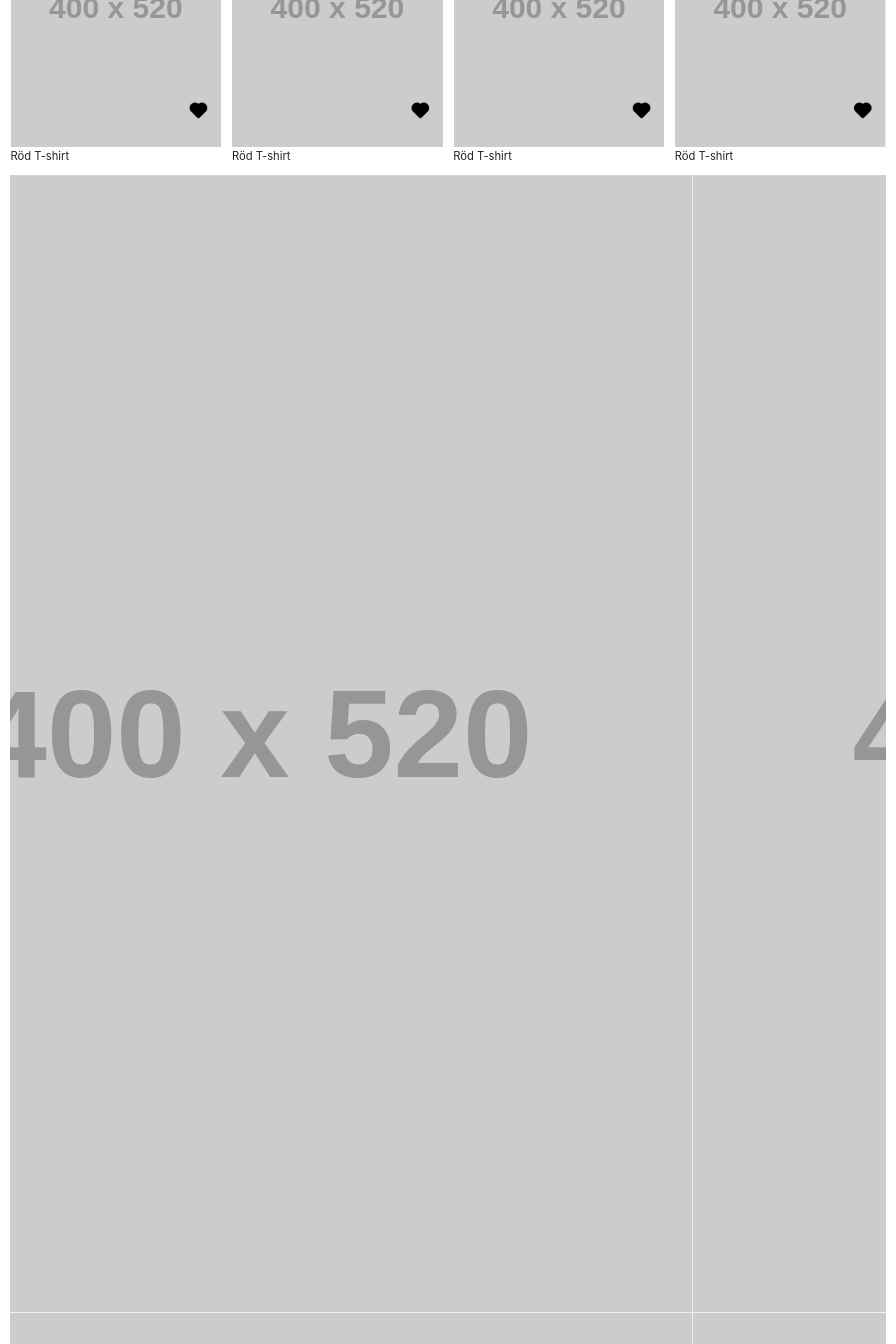
Repository: Kalle1995/project
Page: index.html
The author's editor kept a copy of each file at every save. The page is drawn from the files as they stood at one save, then again after the next save.
The browser window is 1280 px wide. The pictures show the part of the page from y = 1203 to 3123 px (the page is 6635 px tall before and 7177 px after), at 70% of full size.

Above is the page before, as saved 2024-10-06 19:51:52.

After the next save:
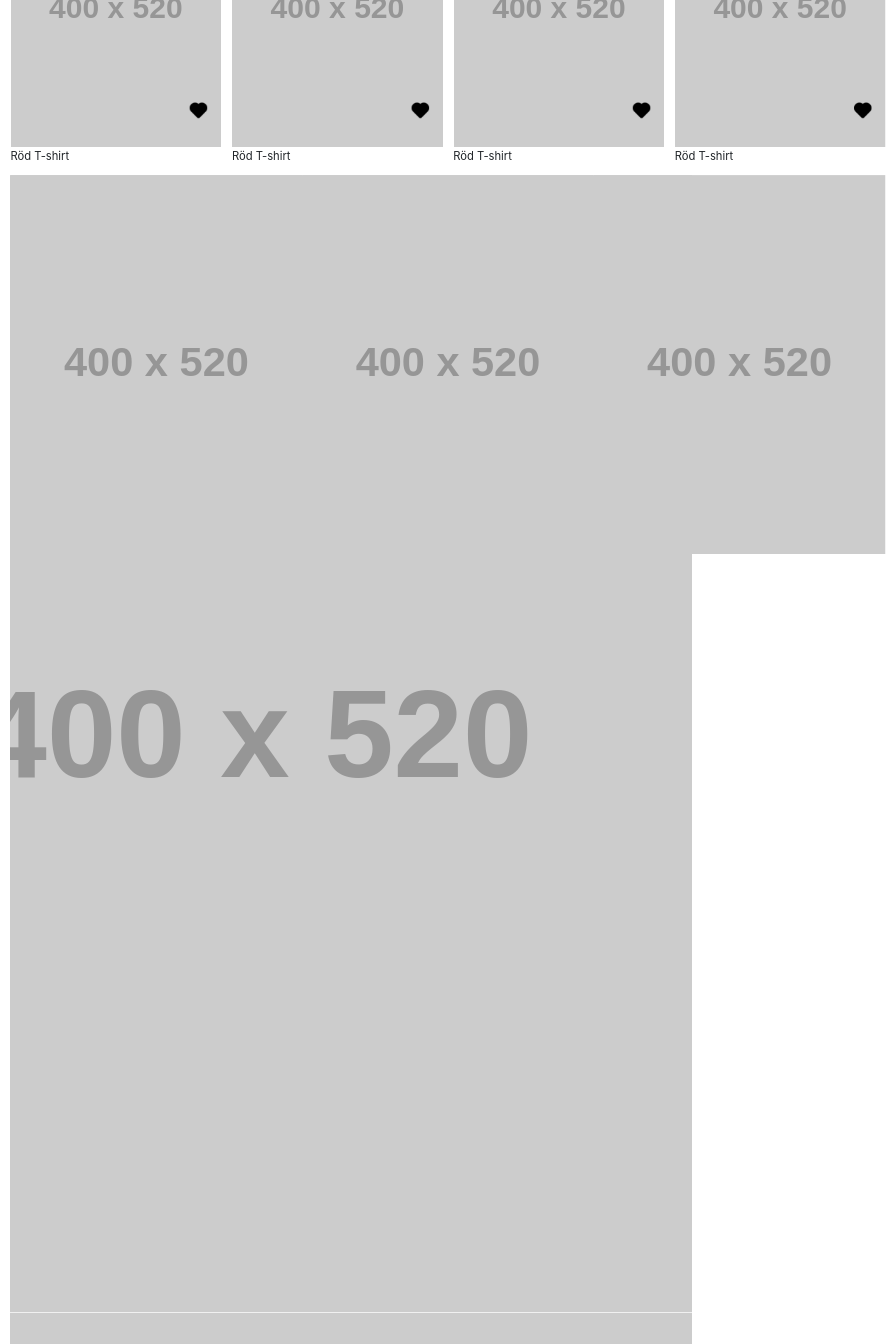
Saved 2 s later.
--- a/main.css
+++ b/main.css
@@ -238,7 +238,7 @@ body {
 här för Nyproduckt sidan
 */
 
-.carousel-item {
+.slide.carousel-item {
     display: flex;
     flex-direction: row;
 }
